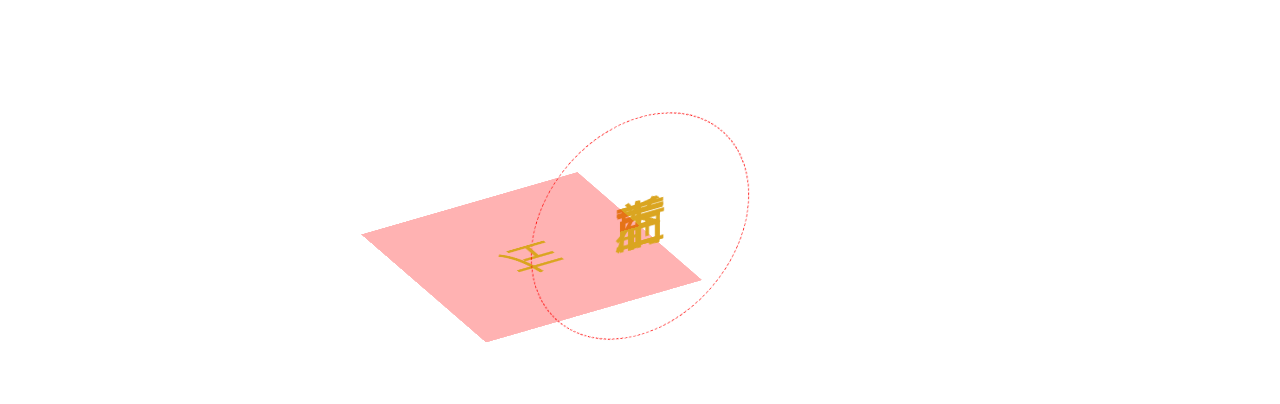
Repository: Germtao/Web
Page: web_css/css3_动画.html
The author's editor kept a copy of each file at every save. The page is drawn from the files as they stood at one save, then again after the next save.
The browser window is 1280 px wide. The pictures show the whole page.

Above is the page before, as saved 2020-11-03 15:13:48.

### web_css/css3_动画.html
<!DOCTYPE html>
<html lang="en">

<head>
  <meta charset="UTF-8">
  <meta name="viewport" content="width=device-width, initial-scale=1.0">
  <title>CSS3-动画</title>

  <!-- <style>
    .box {
      width: 200px;
      height: 200px;
      background-color: green;
      margin: 100px auto;

      /* 只让宽度在变化时进行过渡 */
      /* transition: width 2s linear 0s; */

      /* 宽度、背景色在变化时，进行过渡 */
      transition: all 2s linear 0s;
    }

    .box:hover {
      width: 500px;
      background-color: orange;
    }
  </style> -->

  <!-- 过渡动画：商品详情 -->
  <!-- <style>
    body {
      margin: 0;
      padding: 0;
      background-color: #eeeeee;
    }

    .content {
      width: 800px;
      height: 320px;
      padding-left: 20px;
      margin: 80px auto;
    }

    .item {
      width: 230px;
      height: 300px;
      text-align: center;
      margin-right: 20px;
      background-color: #FFF;
      float: left;
      position: relative;
      top: 0;
      /* 让溢出的内容隐藏起来。意思是让下方的橙色方形先躲起来 */
      overflow: hidden;
      /* 从最初到鼠标悬停时的过渡 */
      transition: all .5s;
    }

    .item img {
      margin-top: 30px;
    }

    .item .desc {
      position: absolute;
      left: 0;
      bottom: -80px;
      width: 100%;
      height: 80px;
      background-color: #ff6700;
      transition: all .5s;
    }

    /* 鼠标悬停时，让 item 整体往上移动5px，且加一点阴影 */
    .item:hover {
      top: -5px;
      box-shadow: 0 0 15px #AAA;
    }

    /* 鼠标悬停时，让下方的橙色方形现身 */
    .item:hover .desc {
      bottom: 0;
    }
  </style> -->

  <!-- 2D转换动画 -->
  <!-- <style>
    .box {
      width: 1000px;
      margin: 100px auto;
    }

    /* .box div { */
    .box>div {
      width: 300px;
      height: 150px;
      background-color: pink;
      float: left;
      margin-right: 15px;
      color: white;
      text-align: center;
      font: 400 30px/150px "宋体";
    }

    /* .box .box2 {
      background-color: greenyellow;
      transition: all 1s;
    } */
    div:nth-child(2) {
      background-color: greenyellow;
      transition: all 1s;
    }

    div:nth-child(3) {
      transition: all 2s;
    }

    /* .box .box2:hover {
      background-color: green; */
    /* 缩放 */
    /* transform: scale(2, 0.5); */
    /* } */
    div:nth-child(2):hover {
      background-color: green;
      /* 位移 */
      transform: translate(-50%, 50%);
    }

    div:nth-child(3):hover {
      transform: rotate(-405deg);
    }
  </style> -->

  <!-- 3D 转换 -->
  <!-- <style>
    .rotateX {
      width: 300px;
      height: 226px;
      margin: 200px auto;

      /*
        透视: 加给变换的父盒子
        设置的是用户的眼睛距离 平面的距离
        透视效果只是视觉上的呈现，并不是正真的3d
      */
      perspective: 110px;
    }

    img {
      transition: transform 2s;
    }

    /* 所有的3d旋转，对着正方向去看，都是顺时针旋转 */
    .rotateX:hover img {
      /* transform: rotateX(360deg); */
      /* transform: rotateY(360deg); */
      transform: rotateZ(360deg);
    }
  </style> -->

  <!-- 3D转换 案例 -->
  <!-- <style>
    body {
      background-color: cornflowerblue;
    }

    .box {
      width: 300px;
      height: 300px;
      margin: 50px auto;
      position: relative;
    }

    .box>div {
      width: 100%;
      height: 100%;
      position: absolute;
      border-radius: 50%;
      transition: all 2s;
      backface-visibility: hidden;
    }

    .box1 {
      /* 默认显示图片的左半边 */
      background: url(img/example.png) left 0 no-repeat;
    }

    .box2 {
      background: url(img/example.png) right 0 no-repeat;
      /* 让图片的右半边默认时，旋转180度，就可以暂时隐藏起来 */
      transform: rotateY(180deg);
    }

    .box:hover .box1 {
      /* 让图片的左半边转消失 */
      transform: rotateY(180deg);
    }

    .box:hover .box2 {
      /* 让图片的左半边转出现 */
      transform: rotateY(0deg);
    }
  </style> -->

  <!-- 3D转换: 位移 -->
  <!-- <style>
    body {
      /* 给box的父元素加透视效果, 为了 Z 效果能显示 */
      perspective: 1000px;
    }

    .box {
      width: 200px;
      height: 200px;
      background: green;
      transition: all 1s;
      margin: 200px auto;
    }

    .box:hover {
      /* transform: translateX(100px); */
      /* transform: translateY(100px); */
      transform: translateZ(100px);
    }
  </style> -->

  <!-- 3D呈现（transform-style）-->
  <style>
    .box {
      width: 250px;
      height: 250px;
      border: 1px dashed red;
      margin: 100px auto;
      position: relative;
      border-radius: 50%;

      /* 让子盒子保持3d效果 */
      transform-style: preserve-3d;

      transform: rotateX(30deg) rotateY(-30deg);
    }

    .box>div {
      width: 100%;
      height: 100%;
      position: absolute;
      text-align: center;
      line-height: 250px;
      font-size: 60px;
      color: #daa520;
    }

    .left {
      background-color: rgba(255, 0, 0, 0.3);
      /* 变换中心 */
      transform-origin: left;
      transform: rotateX(90deg) translateX(-125px);
    }
  </style>
</head>

<body>
  <!-- <div class="box"></div> -->

  <!-- 过渡动画：商品详情 -->
  <!-- <div class="content">
    <div class="item">
      <img src="img/倪妮.jpg" alt="">
    </div>

    <div class="item">
      <img src="img/宋轶.jpeg" alt="">
      <span class="desc"></span>
    </div>

    <div class="item">
      <img src="img/李沁.jpg" alt="">
      <span class="desc"></span>
    </div>
  </div> -->

  <!-- 2D转换动画 -->
  <!-- <div class="box">
    <div class="box1">1</div>
    <div class="box2">2</div>
    <div class="box3">3</div>
  </div> -->

  <!-- 3D转换: 旋转 -->
  <!-- <div class="rotateX">
    <img src="img/宋轶.jpeg" alt="">
  </div> -->

  <!-- 3D转换: 旋转demo -->
  <!-- <div class="box">
    <div class="box1"></div>
    <div class="box2"></div>
  </div> -->

  <!-- 3D转换: 位移 -->
  <!-- <div class="box"></div> -->

  <!-- 3D呈现（transform-style）-->
  <div class="box">
    <div class="up">上</div>
    <div class="down">下</div>
    <div class="left">左</div>
    <div class="right">右</div>
    <div class="forward">前</div>
    <div class="back">后</div>
  </div>
</body>

</html>

After the next save:
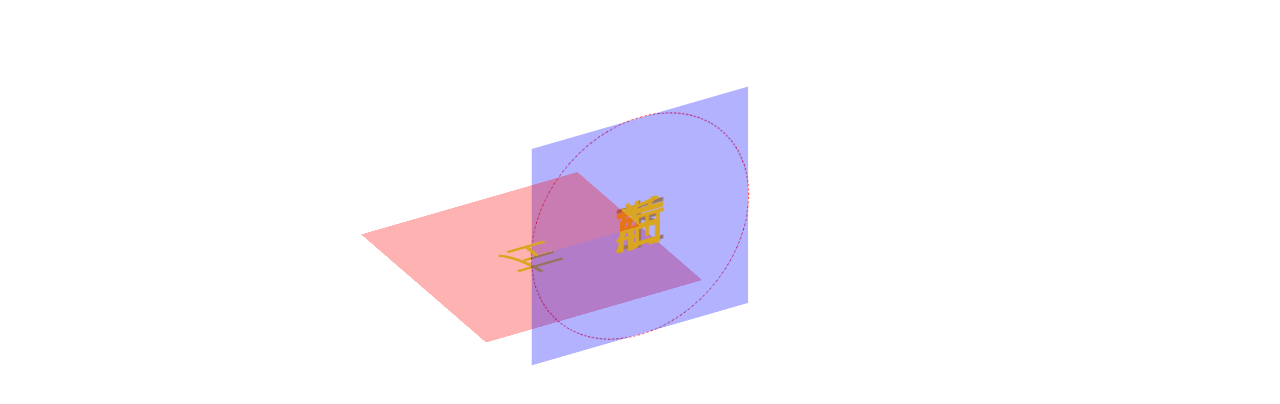
Saved 34 s later.
--- a/web_css/css3_动画.html
+++ b/web_css/css3_动画.html
@@ -255,6 +255,10 @@
       transform-origin: left;
       transform: rotateX(90deg) translateX(-125px);
     }
+
+    .right {
+      background-color: rgba(0, 0, 255, 0.3);
+    }
   </style>
 </head>
 
